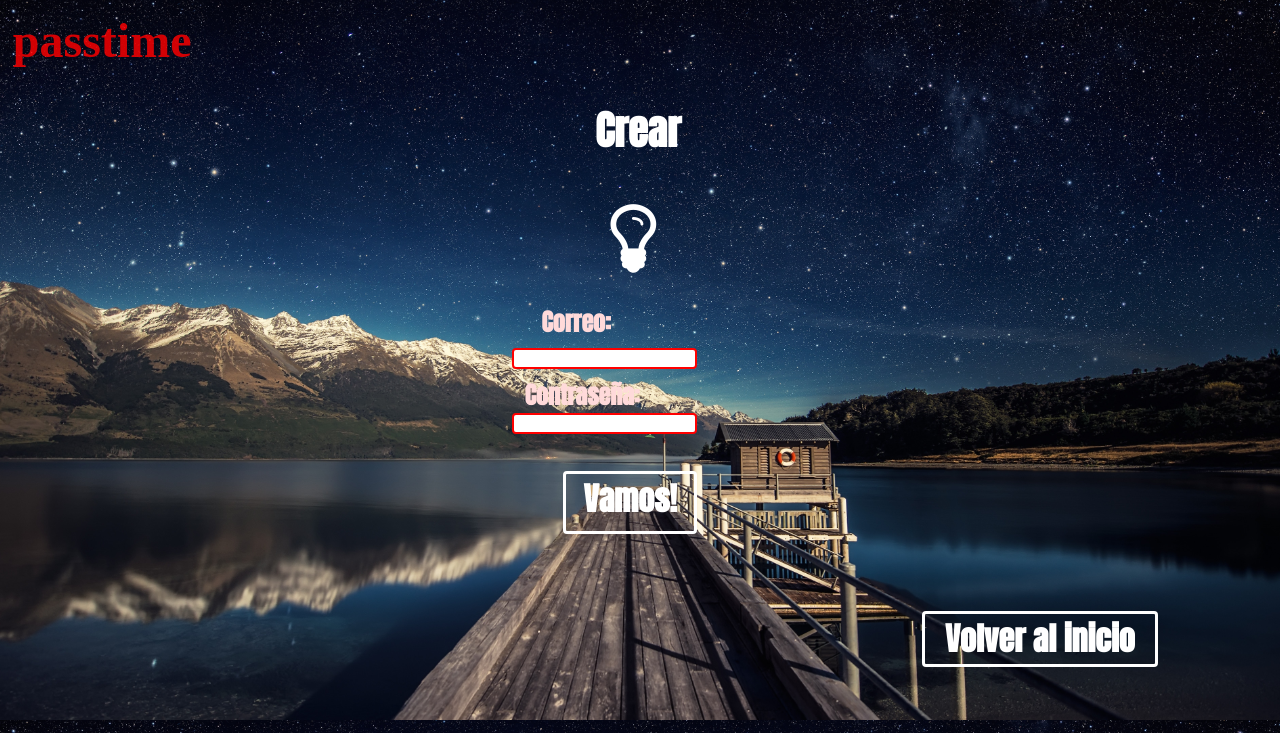
Repository: PassTimeOp/passtimeop.github.io
Page: signup.html
The author's editor kept a record of every edit. The page is drawn from the files as they stood at one moment, then again after the next edit.
The browser window is 1280 px wide. The pictures show the whole page.
Backgrounds fixed to the window are drawn as part of the page. Some web fonts or font styles are not loaded; a fallback is used.

Above is the page before.

After the next edit:
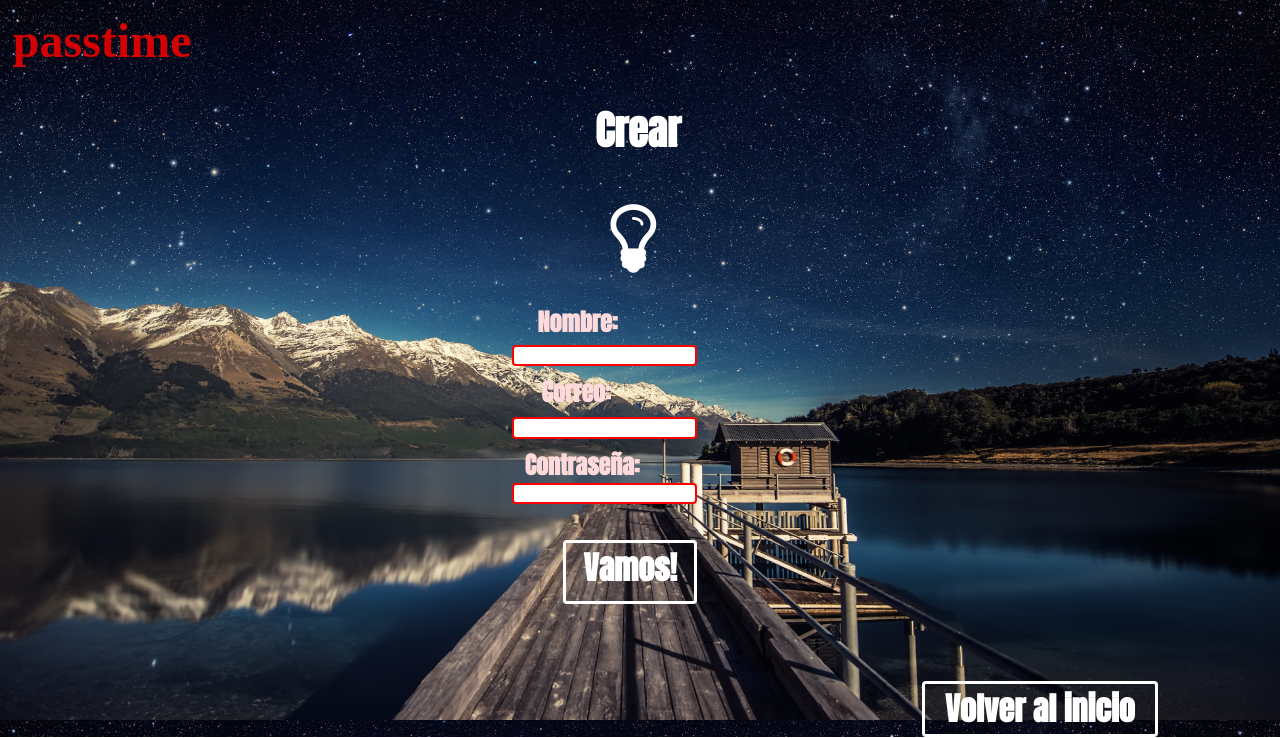
The edit:
--- a/signup.html
+++ b/signup.html
@@ -15,6 +15,7 @@
         <i class="fa fa-lightbulb-o fa-5x" aria-hidden="true"></i>
 
         <div id="data">
+            <div id="name"><h4 id="nombre">Nombre:</h4><input type="text" name="nombre"></div>
             <h4 id="correo">Correo:</h4><input type="text" name="correo">
             <div id="contra"><h4 id="pass">Contraseña:</h4><input type="password" name="psw"></div>
         </div>
